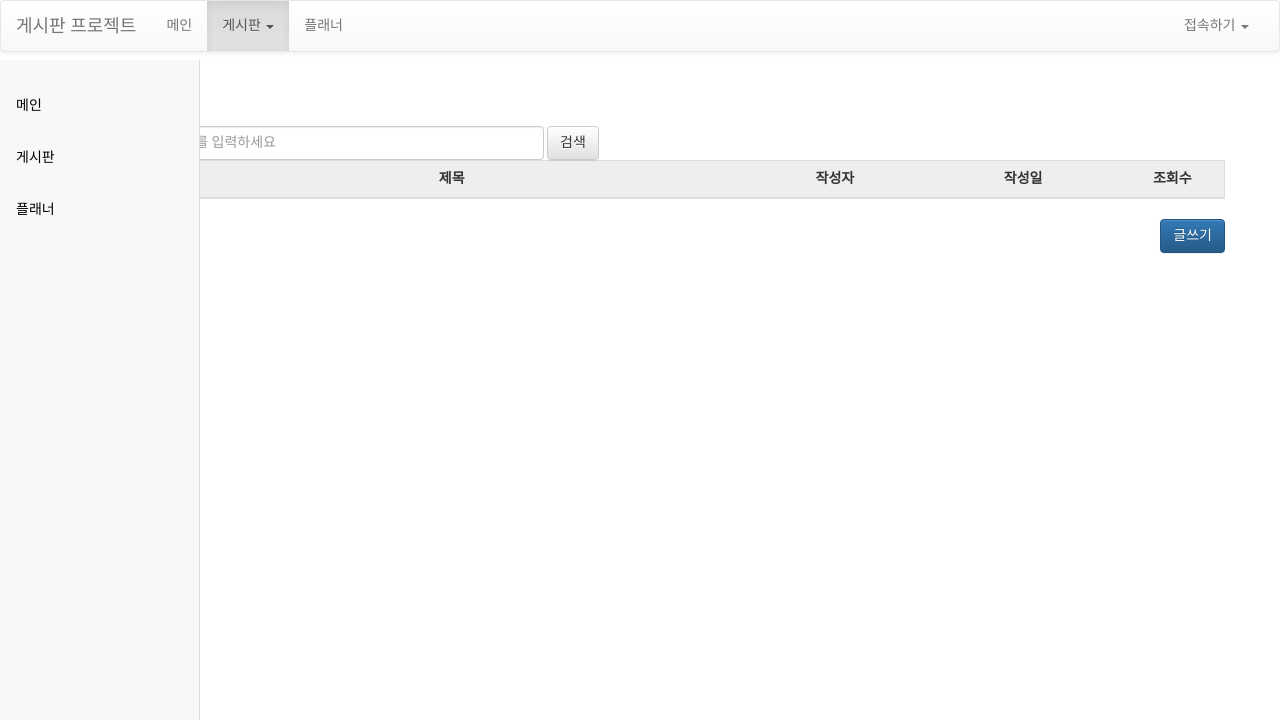
Repository: Seok7975/Project_PlannerSharingBoard
Page: http://localhost/ToDoList공유_게시판_ver3/bbs.jsp?bbsCategory=all
These files come from the project's save history. The page is drawn as it stood at one moment and after a run of saves; the edit follows.
The browser window is 1280 px wide. The pictures show the whole page.
Some web fonts or font styles are not loaded; a fallback is used. Some web libraries are served in a nearby version. The page is served by Tomcat 9. Other server files are loaded and not shown. Queries for data that is not in the repository find no rows.

Above is the page before, as saved 2024-07-04 07:36:08.

### List_Projects_ver3/ToDoList공유 게시판_ver3/src/main/webapp/bbs.jsp
<!--  게시판 -->

<%-- <%@ page language="java" contentType="text/html; charset=UTF-8"
    pageEncoding="UTF-8"%>
<%@ page import="java.io.PrintWriter" %>
<%@ page import="bbs.BbsDAO" %>
<%@ page import="bbs.Bbs" %>
<%@ page import="java.util.ArrayList" %>
<!DOCTYPE html>
<html>
<head>
<meta http-equiv="Content-Type" content="text/html; charset=UTF-8">
<meta name="viewport" content="width=device-width, initial-scale=1">
<!-- Latest compiled and minified CSS -->
<link rel="stylesheet" href="https://cdn.jsdelivr.net/npm/bootstrap@3.3.7/dist/css/bootstrap.min.css" integrity="sha384-BVYiiSIFeK1dGmJRAkycuHAHRg32OmUcww7on3RYdg4Va+PmSTsz/K68vbdEjh4u" crossorigin="anonymous">
<!-- Optional theme -->
<link rel="stylesheet" href="https://cdn.jsdelivr.net/npm/bootstrap@3.3.7/dist/css/bootstrap-theme.min.css" integrity="sha384-rHyoN1iRsVXV4nD0JutlnGaslCJuC7uwjduW9SVrLvRYooPp2bWYgmgJQIXwl/Sp" crossorigin="anonymous">
<!-- jQuery (necessary for Bootstrap's JavaScript plugins) -->
<script src="https://code.jquery.com/jquery-3.1.1.min.js"></script>
<!-- Latest compiled and minified JavaScript -->
<script src="https://cdn.jsdelivr.net/npm/bootstrap@3.3.7/dist/js/bootstrap.min.js" integrity="sha384-Tc5IQib027qvyjSMfHjOMaLkfuWVxZxUPnCJA7l2mCWNIpG9mGCD8wGNIcPD7Txa" crossorigin="anonymous"></script>
<link rel="stylesheet" href="css/jumbotronCustom.css">
<title>JSP 게시판 웹 사이트</title>
<style type="text/css">
	a, a:hover {
		color : #000000;
		text-decoration: none;
	}
</style>
</head>
<body>
<%
	String userID = null;
	if (session.getAttribute("userID") != null) {
		userID = (String) session.getAttribute("userID");
	}
	int pageNumber = 1;
	if (request.getParameter("pageNumber") != null) {
		pageNumber = Integer.parseInt(request.getParameter("pageNumber"));
	}
%>
	<nav class="navbar navbar-default">
		<div class="container-fluid">
			<div class="navbar-header">
				<button type="button" class="navbar-toggle collapsed" data-toggle="collapse" data-target="#bs-example-navbar-collapse-1" aria-expanded="false">
					<span class="sr-only">Toggle navigation</span>
					<span class="icon-bar"></span>
					<span class="icon-bar"></span>
					<span class="icon-bar"></span>
				</button>
				<a class="navbar-brand" href="main.jsp">게시판 프로젝트</a>
			</div>
			<div class="collapse navbar-collapse" id="bs-example-navbar-collapse-1">
				<ul class="nav navbar-nav">
					<li><a href="main.jsp">메인</a></li>
					<li class="active"><a href="bbs.jsp">게시판</a></li>
					<li><a href="planner/planner.jsp">플래너</a></li>
				</ul>
				<%
					if(userID == null) {
				%>
					<ul class="nav navbar-nav navbar-right">
						<li class="dropdown">
							<a href="#" class="dropdown-toggle" data-toggle="dropdown" role="button" aria-haspopup="true" aria-expanded="false">접속하기 <span class="caret"></span></a>
							<ul class="dropdown-menu">
								<li><a href="joinAndLogin/login.jsp">로그인</a></li>
								<li><a href="joinAndLogin/join.jsp">회원가입</a></li>
							</ul>
						</li>
					</ul>
				<%
					} else {
				%>
						<ul class="nav navbar-nav navbar-right">
						<li class="dropdown">
							<a href="#" class="dropdown-toggle" data-toggle="dropdown" role="button" aria-haspopup="true" aria-expanded="false">회원관리<span class="caret"></span></a>
							<ul class="dropdown-menu">
								<li><a href="logoutAction.jsp">로그아웃</a></li>
							</ul>
						</li>
					</ul>
				<%
					}
				%>
			</div>
		</div>
	</nav>

	<div class="container">
		<div class="row">
			<table class="table table-striped" style="text-align: center; border: 1px solid #dddddd">
				<thead>
					<tr>
						<th style="background-color: #eeeeee; text-align: center;">번호</th>
						<th style="background-color: #eeeeee; text-align: center;">제목</th>
						<th style="background-color: #eeeeee; text-align: center;">작성자</th>
						<th style="background-color: #eeeeee; text-align: center;">작성일</th>
						<th style="background-color: #eeeeee; text-align: center;">조회수</th>
					</tr>
				</thead>
				<tbody> <!-- 예시 -->
					<tr>
					<%
						BbsDAO bbsDAO = new BbsDAO();
						ArrayList<Bbs> list = bbsDAO.getList(pageNumber);
						for(int i = 0; i < list.size(); i++) {
					%>
						<td><%= list.get(i).getBbsID() %></td>
						<td><a href="view.jsp?bbsID=<%= list.get(i).getBbsID() %>"><%= list.get(i).getBbsTitle() %></a></td>
						<td><%= list.get(i).getUserID() %></td>
						<td><%= list.get(i).getBbsDate().substring(0, 11) + list.get(i).getBbsDate().substring(11,13) + "시" + list.get(i).getBbsDate().substring(14, 16) + "분" %></td>
						<td><%= list.get(i).getViewCount() %></td>
					<tr>
					<%
						}
					%>
				</tbody>
			</table>
			<%
				if(pageNumber != 1) {
			%>
				<a href="bbs.jsp?pageNumber=<%=pageNumber - 1%>" class="btn btn-success btn-arraw-left">이전</a>
			<%
				}
				if(bbsDAO.nextPage(pageNumber + 1)) {
			%>
					<a href="bbs.jsp?pageNumber=<%=pageNumber + 1%>" class="btn btn-success btn-arraw-right">다음</a>
			<%
				}
			%>
			<a href="write.jsp" class="btn btn-primary pull-right">글쓰기</a>
		</div>
	</div>
</body>
</html> --%>



<!--  게시판 -->

<!--  게시판 -->

<%@ page language="java" contentType="text/html; charset=UTF-8"
    pageEncoding="UTF-8"%>
<%@ page import="java.io.PrintWriter" %>
<%@ page import="bbs.BbsDAO" %>
<%@ page import="bbs.Bbs" %>
<%@ page import="java.util.ArrayList" %>
<!DOCTYPE html>
<html>
<head>
<meta http-equiv="Content-Type" content="text/html; charset=UTF-8">
<meta name="viewport" content="width=device-width, initial-scale=1">
<!-- Latest compiled and minified CSS -->
<link rel="stylesheet" href="https://cdn.jsdelivr.net/npm/bootstrap@3.3.7/dist/css/bootstrap.min.css" integrity="sha384-BVYiiSIFeK1dGmJRAkycuHAHRg32OmUcww7on3RYdg4Va+PmSTsz/K68vbdEjh4u" crossorigin="anonymous">
<!-- Optional theme -->
<link rel="stylesheet" href="https://cdn.jsdelivr.net/npm/bootstrap@3.3.7/dist/css/bootstrap-theme.min.css" integrity="sha384-rHyoN1iRsVXV4nD0JutlnGaslCJuC7uwjduW9SVrLvRYooPp2bWYgmgJQIXwl/Sp" crossorigin="anonymous">
<link rel="stylesheet" href="css/bbsStyle.css"> <!-- 외부 CSS 파일 참조 -->
<!-- jQuery (necessary for Bootstrap's JavaScript plugins) -->
<script src="https://code.jquery.com/jquery-3.1.1.min.js"></script>
<!-- Latest compiled and minified JavaScript -->
<script src="https://cdn.jsdelivr.net/npm/bootstrap@3.3.7/dist/js/bootstrap.min.js" integrity="sha384-Tc5IQib027qvyjSMfHjOMaLkfuWVxZxUPnCJA7l2mCWNIpG9mGCD8wGNIcPD7Txa" crossorigin="anonymous"></script>
<link rel="stylesheet" href="css/jumbotronCustom.css">
<title>JSP 게시판 웹 사이트</title>
</head>
<body>
<%
    String userID = null;
    if (session.getAttribute("userID") != null) {
        userID = (String) session.getAttribute("userID");
    }
    int pageNumber = 1;
    if (request.getParameter("pageNumber") != null) {
        pageNumber = Integer.parseInt(request.getParameter("pageNumber"));
    }
    String searchType = request.getParameter("searchType");
    String searchKeyword = request.getParameter("searchKeyword");
    String bbsCategory = request.getParameter("bbsCategory");


    // bbsCategory가 없으면 all로 설정
    if (bbsCategory == null || bbsCategory.equals("")) {
        bbsCategory = "all";
    }

    String categoryDisplayName = "";
    switch(bbsCategory) {
        case "all":
            categoryDisplayName = "전체글보기";
            break;
        case "free":
            categoryDisplayName = "자유게시판";
            break;
        case "study":
            categoryDisplayName = "공부게시판";
            break;
        case "exercise":
            categoryDisplayName = "운동게시판";
            break;
        default:
            categoryDisplayName = "기타";
            break;
    }
%>
<body>
    <div class="sidebar">
        <a href="main.jsp">메인</a>
        <a href="bbs.jsp?bbsCategory=all">게시판</a>
        <a href="planner/planner.jsp">플래너</a>
    </div>
    <div class="main-content">
        <nav class="navbar navbar-default">
            <div class="container-fluid">
                <div class="navbar-header">
                    <button type="button" class="navbar-toggle collapsed" data-toggle="collapse" data-target="#bs-example-navbar-collapse-1" aria-expanded="false">
                        <span class="sr-only">Toggle navigation</span>
                        <span class="icon-bar"></span>
                        <span class="icon-bar"></span>
                        <span class="icon-bar"></span>
                    </button>
                    <a class="navbar-brand" href="main.jsp">게시판 프로젝트</a>
                </div>
                <div class="collapse navbar-collapse" id="bs-example-navbar-collapse-1">
                    <ul class="nav navbar-nav">
                        <li><a href="main.jsp">메인</a></li>
                        <li class="dropdown active">
                            <a href="bbs.jsp?bbsCategory=all" role="button" aria-haspopup="true" aria-expanded="false">게시판 <span class="caret"></span></a>
                            <ul class="dropdown-menu">
                                <li><a href="bbs.jsp?bbsCategory=all">전체글보기</a></li>
                                <li><a href="bbs.jsp?bbsCategory=free">자유게시판</a></li>
                                <li><a href="bbs.jsp?bbsCategory=study">공부게시판</a></li>
                                <li><a href="bbs.jsp?bbsCategory=exercise">운동게시판</a></li>
                            </ul>
                        </li>
                        <li><a href="planner/planner.jsp">플래너</a></li>
                    </ul>
                    <% if(userID == null) { %>
                        <ul class="nav navbar-nav navbar-right">
                            <li class="dropdown">
                                <a href="#" class="dropdown-toggle" data-toggle="dropdown" role="button" aria-haspopup="true" aria-expanded="false">접속하기 <span class="caret"></span></a>
                                <ul class="dropdown-menu">
                                    <li><a href="joinAndLogin/login.jsp">로그인</a></li>
                                    <li><a href="joinAndLogin/join.jsp">회원가입</a></li>
                                </ul>
                            </li>
                        </ul>
                    <% } else { %>
                        <ul class="nav navbar-nav navbar-right">
                            <li class="dropdown">
                                <a href="#" class="dropdown-toggle" data-toggle="dropdown" role="button" aria-haspopup="true" aria-expanded="false">회원관리<span class="caret"></span></a>
                                <ul class="dropdown-menu">
                                    <li><a href="profile.jsp">My Profile</a></li>
                                    <li><a href="joinAndLogin/logoutAction.jsp">로그아웃</a></li>
                                </ul>
                            </li>
                        </ul>
                    <% } %>
                </div>
            </div>
        </nav>

        <div class="container">
            <div class="row">
                <div class="category-title">
                    <%= categoryDisplayName %>
                </div>
                <form class="form-inline" method="get" action="bbs.jsp">
                    <div class="form-group">
                        <select class="form-control" name="searchType">
                            <option value="title" <%= "title".equals(searchType) ? "selected" : "" %>>제목</option>
                            <option value="content" <%= "content".equals(searchType) ? "selected" : "" %>>내용</option>
                            <option value="writer" <%= "writer".equals(searchType) ? "selected" : "" %>>작성자</option>
                        </select>
                    </div>
                    <div class="form-group">
                        <input type="text" class="form-control" name="searchKeyword" placeholder="검색어를 입력하세요" value="<%= (searchKeyword != null && !searchKeyword.equals("")) ? searchKeyword : "" %>" style="width: 400px;">
                    </div>
                    <input type="hidden" name="bbsCategory" value="<%= bbsCategory %>">
                    <button type="submit" class="btn btn-default">검색</button>
                </form>
                <table class="table table-striped" style="text-align: center; border: 1px solid #dddddd">
                    <thead>
                        <tr>
                            <th class="number-col" style="background-color: #eeeeee; text-align: center;">번호</th>
                            <th class="title-col" style="background-color: #eeeeee; text-align: center;">제목</th>
                            <th class="writer-col" style="background-color: #eeeeee; text-align: center;">작성자</th>
                            <th class="date-col"style="background-color: #eeeeee; text-align: center;">작성일</th>
                            <th class="viewCount-col"style="background-color: #eeeeee; text-align: center;">조회수</th>
                        </tr>
                    </thead>
                    <tbody>
                        <% BbsDAO bbsDAO = new BbsDAO();
                           ArrayList<Bbs> list;
                           int totalPage;
                           if (searchKeyword != null && !searchKeyword.equals("")) { // 검색어가 있을 때
                               list = bbsDAO.searchList(pageNumber, searchType, searchKeyword, bbsCategory);
                               totalPage = (bbsDAO.getSearchPostCount(searchType, searchKeyword, bbsCategory) + 9) / 10; // 검색 결과의 총 페이지 수 계산
                           } else { // 검색어가 없을 때
                               if ("all".equals(bbsCategory)) { // 전체게시판 선택 시
                                   list = bbsDAO.getAllList(pageNumber);
                                   totalPage = bbsDAO.getTotalPageCount(); // 전체 게시물의 총 페이지 수 계산
                               } else {
                                   list = bbsDAO.getListByCategory(bbsCategory, pageNumber);
                                   totalPage = bbsDAO.getTotalPageCountByCategory(bbsCategory); // 카테고리별 게시물의 총 페이지 수 계산
                               }
                           }
                           for(int i = 0; i < list.size(); i++) {
                        %>
                            <tr>
                                <td><%= list.get(i).getBbsID() %></td>
                                <td><a href="view.jsp?bbsID=<%= list.get(i).getBbsID() %>&bbsCategory=<%= bbsCategory %>"><%= list.get(i).getBbsTitle() %></a></td>
                                <td><%= list.get(i).getUserID() %></td>
                                <td><%= list.get(i).getBbsDate().substring(0, 11) + list.get(i).getBbsDate().substring(11,13) + "시" + list.get(i).getBbsDate().substring(14, 16) + "분" %></td>
                                <td><%= list.get(i).getViewCount() %></td>
                            </tr>
                        <% } %>
                    </tbody>
                </table>
                <div style="text-align: center;">
                    <%
                        int pageBlock = 5;
                        int startPage = ((pageNumber - 1) / pageBlock) * pageBlock + 1;
                        int endPage = startPage + pageBlock - 1;

                        if(pageNumber != 1) {
                    %>
                        <a href="bbs.jsp?pageNumber=<%= pageNumber - 1 %>&searchType=<%= searchType %>&searchKeyword=<%= (searchKeyword != null && !searchKeyword.equals("")) ? searchKeyword : "" %>&bbsCategory=<%= bbsCategory %>" class="btn btn-default pull-left">이전</a>
                    <% }
                        for (int i = startPage; i <= endPage && i <= totalPage; i++) {
                    %>
                        <a href="bbs.jsp?pageNumber=<%= i %>&searchType=<%= searchType %>&searchKeyword=<%= (searchKeyword != null && !searchKeyword.equals("")) ? searchKeyword : "" %>&bbsCategory=<%= bbsCategory %>" class="btn <%= (i == pageNumber) ? "btn-primary pull-left" : "btn-default pull-left" %>"><%= i %></a>
                    <% }
                        if(pageNumber != totalPage) {
                    %>
                        <a href="bbs.jsp?pageNumber=<%= pageNumber + 1 %>&searchType=<%= searchType %>&searchKeyword=<%= (searchKeyword != null && !searchKeyword.equals("")) ? searchKeyword : "" %>&bbsCategory=<%= bbsCategory %>" class="btn btn-default pull-left">다음</a>
                    <% } %>
                    <a href="write.jsp?bbsCategory=<%= bbsCategory %>" class="btn btn-primary pull-right">글쓰기</a>
                </div>
            </div>
        </div>
    </div>
</body>
</html>

### List_Projects_ver3/ToDoList공유 게시판_ver3/src/main/webapp/css/bbsStyle.css
@charset "UTF-8";
/* body {
     background-color: #e0f7fa;   생동감 있는 옅은 파란색 배경
} */


    /* 네비게이션 바를 상단에 고정 */
    .navbar-fixed-top {
        position: fixed;
        top: 0;
        width: 100%;
        z-index: 1000;
    }

    /* 왼쪽 사이드바 스타일 */
    .sidebar {
        position: fixed;
        top: 60px; /* 네비게이션 바 높이만큼 아래로 내림 */
        left: 0;
        width: 200px;
        height: calc(100% - 60px); /* 네비게이션 바 높이만큼 줄임 */
        background-color: #f8f8f8;
        padding-top: 20px;
        border-right: 1px solid #ddd;
    }

    .sidebar a {
        display: block;
        color: black;
        padding: 16px;
        text-decoration: none;
    }

    .sidebar a:hover {
        background-color: #ddd;
        color: black;
    }


/* 드롭다운 메뉴가 커서를 가져다 대기만 해도 열리도록 설정 */
.navbar-nav > li.dropdown:hover > .dropdown-menu {
    display: block;
}

.category-title {
    font-size: 24px;
    font-weight: bold;
    margin-bottom: 20px;
}

a, a:hover {
    color : #000000;
    text-decoration: none;
}

.table {
    width: 100%;
    table-layout: fixed;
    border-collapse: collapse;
}

.table th.number-col {
    width: 8%;
}
.table th.title-col {
    width: 45%;
}
.table th.writer-col {
    width: 14%;
}

.table th.date-col {
	width: 15%;
}

.table th.viewCount-col {
	width: 8%;
}

.table th, .table td {
	/* border: 1px solid #ddd; */
	white-space: nowrap;
	overflow: hidden;
	text-overflow: ellipsis;
}

.table td {
    text-align: center;
    /* border: 1px solid #dddddd; */
       background-color: #fefefe;
}

### List_Projects_ver3/ToDoList공유 게시판_ver3/src/main/webapp/css/jumbotronCustom.css

@import url(http://fonts.googleapis.com/earlyaccess/nanumgothic.css);
@import url(http://fonts.googleapis.com/earlyaccess/hanna.css);
* {
	font-family : 'Nanum Gothic';
}

h1 {
	font-family : 'Hanna';
}

Loaded but not shown: List_Projects_ver3/ToDoList공유 게시판_ver3/src/main/java/bbs/BbsDAO.java (360 lines, source omitted)

After the next 2 saves:
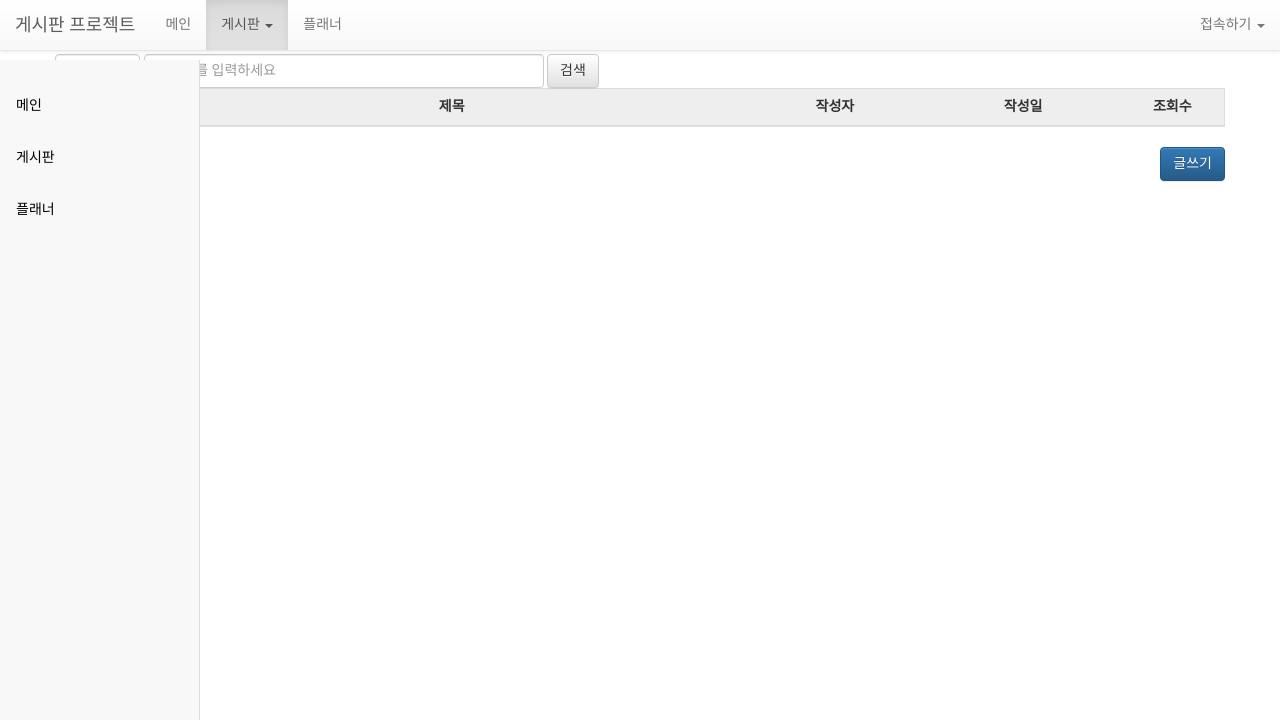
The 2 saves are shown as one change because 1 did not build or start.
The last was saved 17 min 42 s later.
--- a/List_Projects_ver3/ToDoList공유 게시판_ver3/src/main/webapp/bbs.jsp
+++ b/List_Projects_ver3/ToDoList공유 게시판_ver3/src/main/webapp/bbs.jsp
@@ -202,14 +202,21 @@
             break;
     }
 %>
-<body>
     <div class="sidebar">
         <a href="main.jsp">메인</a>
-        <a href="bbs.jsp?bbsCategory=all">게시판</a>
+        <div class="dropdown">
+            <a href="bbs.jsp?bbsCategory=all">게시판</a>
+            <ul class="dropdown-menu">
+                <li><a href="bbs.jsp?bbsCategory=all">전체글보기</a></li>
+                <li><a href="bbs.jsp?bbsCategory=free">자유게시판</a></li>
+                <li><a href="bbs.jsp?bbsCategory=study">공부게시판</a></li>
+                <li><a href="bbs.jsp?bbsCategory=exercise">운동게시판</a></li>
+            </ul>
+        </div>
         <a href="planner/planner.jsp">플래너</a>
     </div>
     <div class="main-content">
-        <nav class="navbar navbar-default">
+        <nav class="navbar navbar-default navbar-fixed-top">
             <div class="container-fluid">
                 <div class="navbar-header">
                     <button type="button" class="navbar-toggle collapsed" data-toggle="collapse" data-target="#bs-example-navbar-collapse-1" aria-expanded="false">
